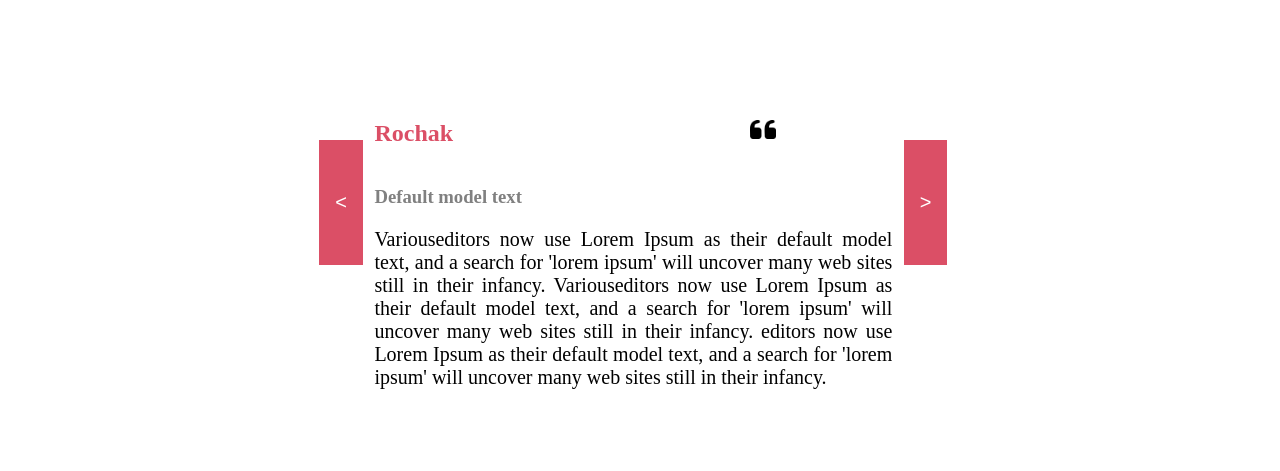
Repository: AVINKUMARP/gifts
Page: demo2.html
An editor plug-in stored every save of this project. The page is shown before and after the next save, followed by the edit.
The browser window is 1280 px wide. The pictures show the whole page.

Above is the page before, as saved 2023-08-24 14:11:15.

After the next save:
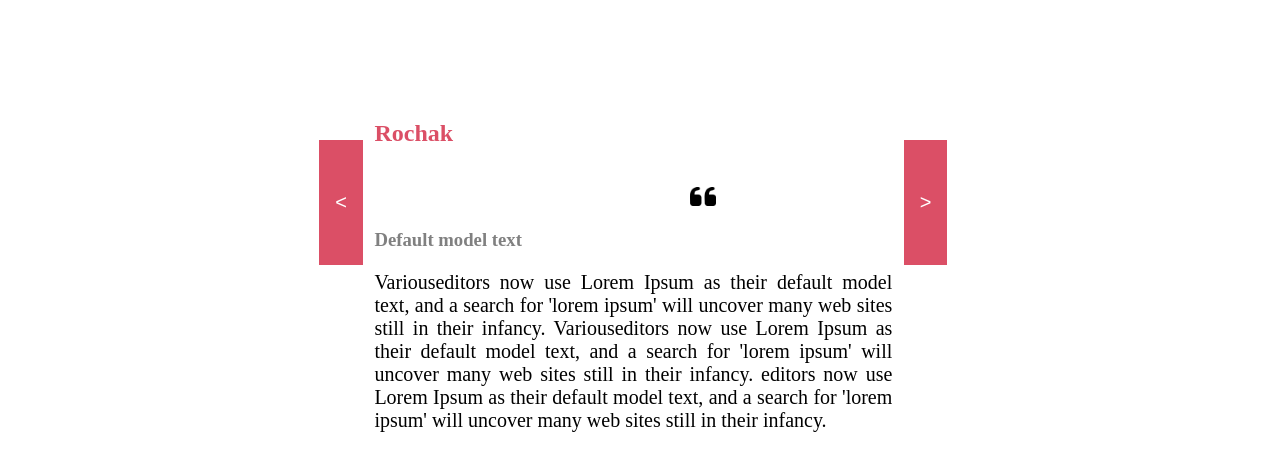
Saved 20 s later.
--- a/demo2.html
+++ b/demo2.html
@@ -54,6 +54,7 @@
         }
         .cicon{
             padding-top: 20px;
+            padding-left: 200px;
         }
     </style>
 </head>
